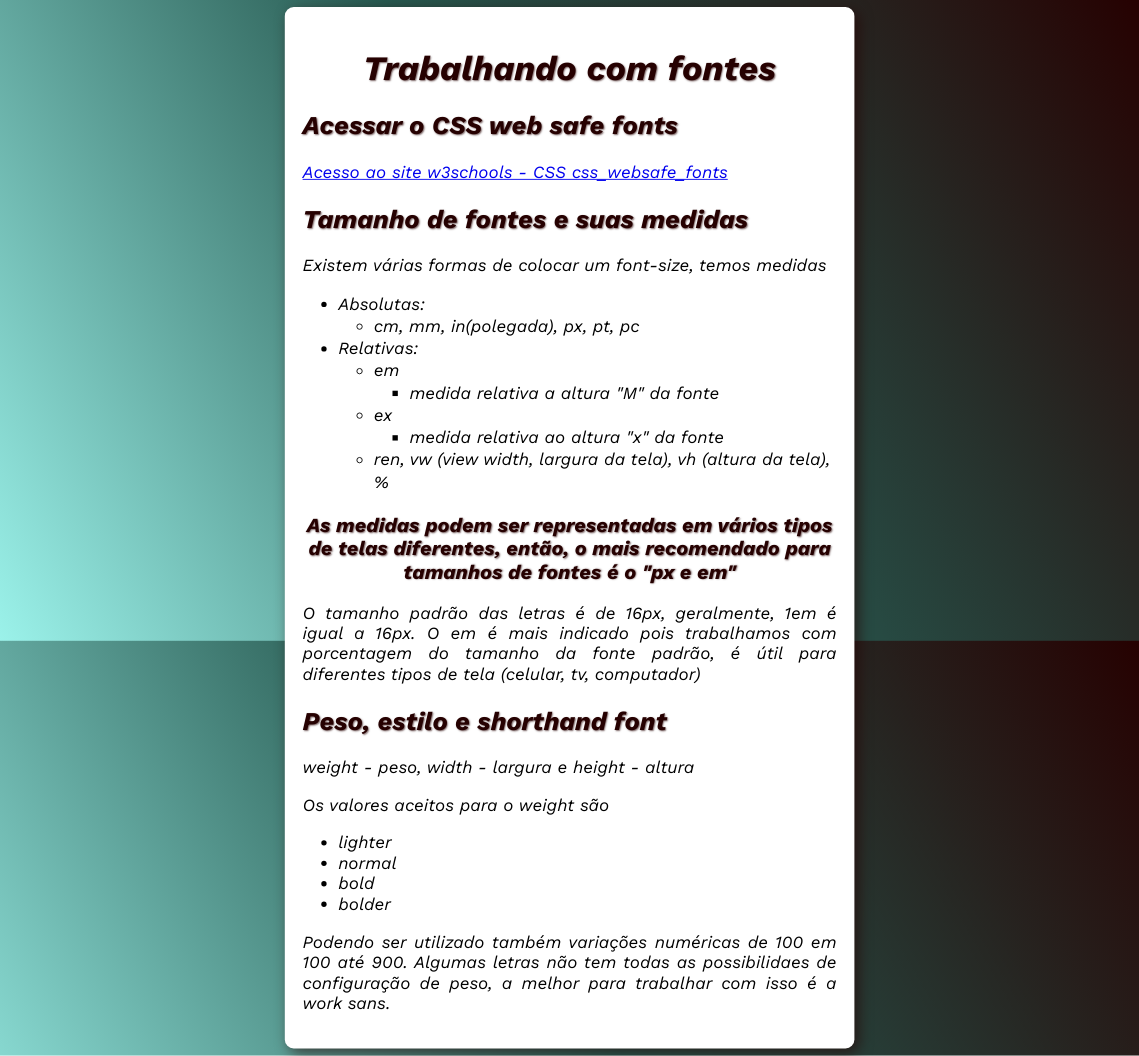
Repository: Willcmorais/vscode-workspace
Page: html-css/curso-em-video/modulo02/estudos/ex022-trab-fontes/fontes.html
These files come from the project's save history. The page is drawn as it stood at one moment and after the next save; the edit follows.
The browser window is 1280 px wide. The pictures show the whole page, at 89% of full size.
Backgrounds fixed to the window are drawn as part of the page.

Above is the page before, as saved 2024-09-18 21:15:47.

After the next save:
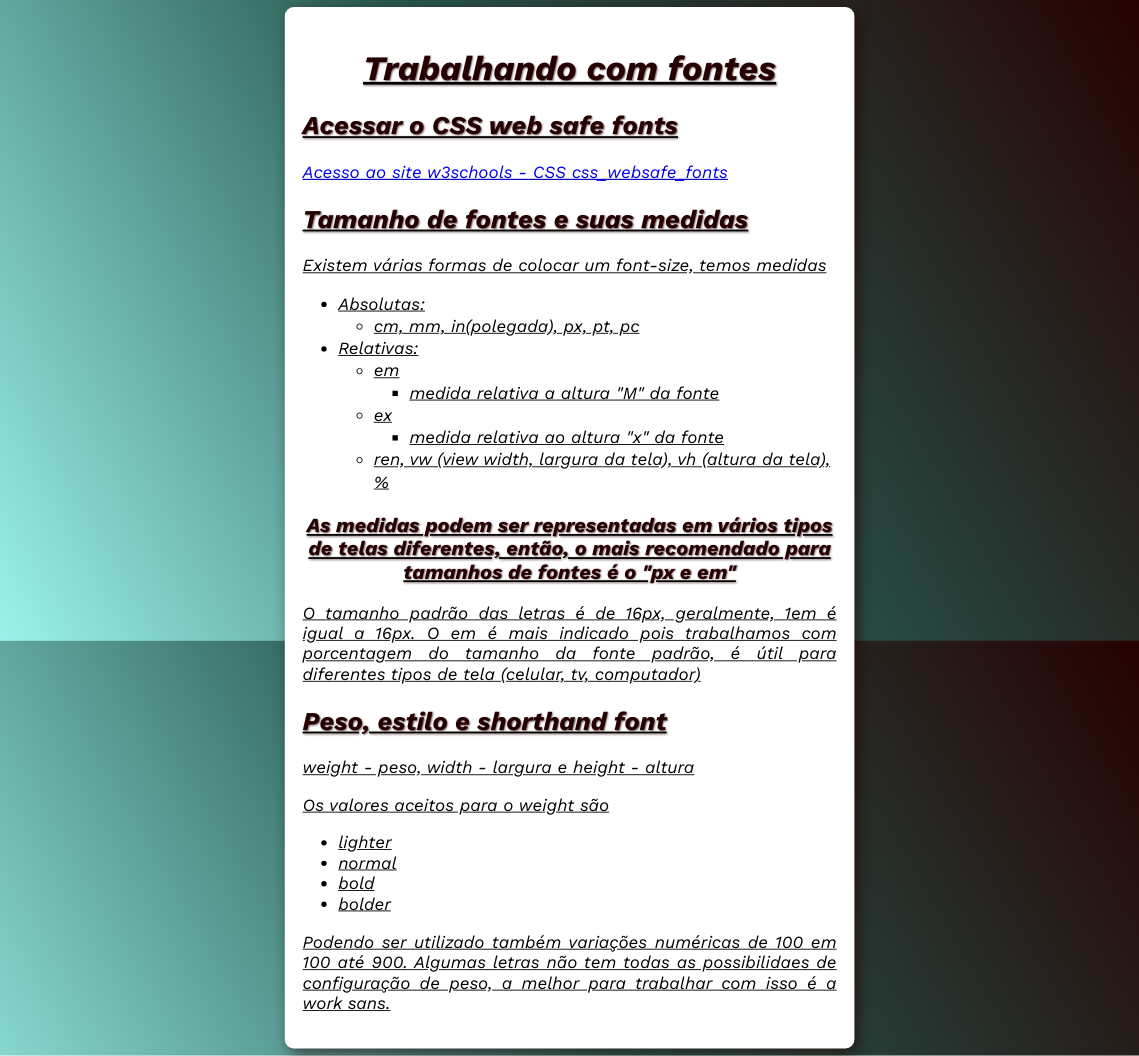
Saved 9 s later.
--- a/html-css/curso-em-video/modulo02/estudos/ex022-trab-fontes/fontes.html
+++ b/html-css/curso-em-video/modulo02/estudos/ex022-trab-fontes/fontes.html
@@ -15,7 +15,7 @@
             font-weight: 400;
             /*para italico*/
             font-style: italic;
-            text-decoration: ;
+            text-decoration: underline;
         }
 
         div {
